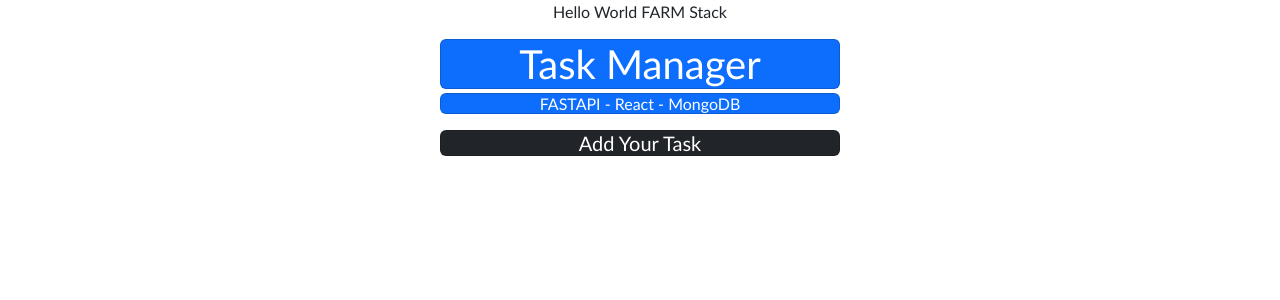
Repository: Sebinsj/Task_Tracker
Page: / (app in Task_Tracker/frontend/)
An editor plug-in stored every save of this project. The page is shown before and after the next save, followed by the edit.
The browser window is 1280 px wide. The pictures show the whole page.
The project was rebuilt for these pictures with package versions that can differ from the ones it lists, and the page was loaded fresh each time.

Above is the page before, as saved 2024-02-02 00:07:29.

### Task_Tracker/frontend/src/App.js

import './App.css';
import React,{useState ,useEffect} from 'react'
import axios from 'axios'
import 'bootstrap/dist/css/bootstrap.min.css'

function App() {
  return (
    <div className="App">
      Hello World
      FARM Stack
      <div className="App-list-group-item justify-content-center align-items-center mx-auto" style={{"width":"400px","backgroundColor":"white","marginTop":"15px"}}>
      <h1 className="card text-white bg-primary mb-1" styleName="max-width: 20rem;">Task Manager</h1>
      <h6 className="card text-white bg-primary mb-3">FASTAPI - React - MongoDB</h6>
      <div className='card-body'>
      <h5 className="card text-white bg-dark mb-3">Add Your Task</h5>
      </div>
      </div>

    </div>

  );
}

export default App;

### Task_Tracker/frontend/src/App.css
.App {
  text-align: center;
  margin:0;
  padding:0;
  font-family: 'Trebuchet MS', 'Lucida Sans Unicode', 'Lucida Grande', 'Lucida Sans', Arial, sans-serif;

}

Loaded but not shown: Task_Tracker/frontend/public/index.html (common file); Task_Tracker/frontend/src/index.js (common file); Task_Tracker/frontend/src/index.css (common file); Task_Tracker/frontend/src/reportWebVitals.js (common file)

After the next save:
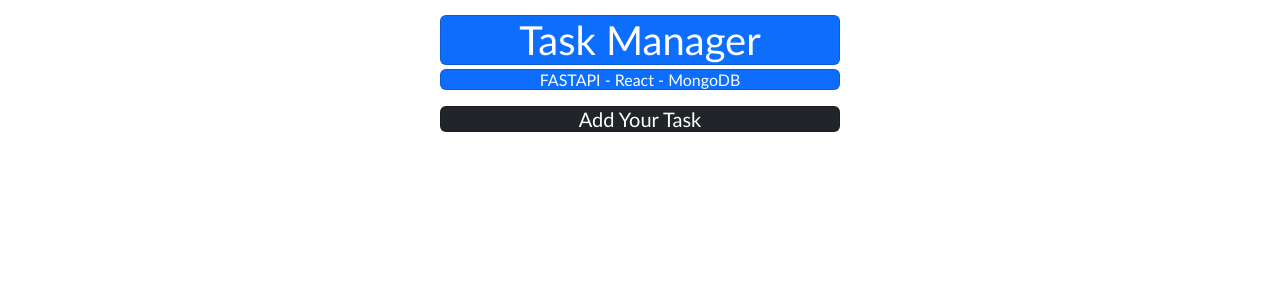
Saved 3 min 37 s later.
--- a/Task_Tracker/frontend/src/App.js
+++ b/Task_Tracker/frontend/src/App.js
@@ -7,8 +7,7 @@
 function App() {
   return (
     <div className="App">
-      Hello World
-      FARM Stack
+
       <div className="App-list-group-item justify-content-center align-items-center mx-auto" style={{"width":"400px","backgroundColor":"white","marginTop":"15px"}}>
       <h1 className="card text-white bg-primary mb-1" styleName="max-width: 20rem;">Task Manager</h1>
       <h6 className="card text-white bg-primary mb-3">FASTAPI - React - MongoDB</h6>
